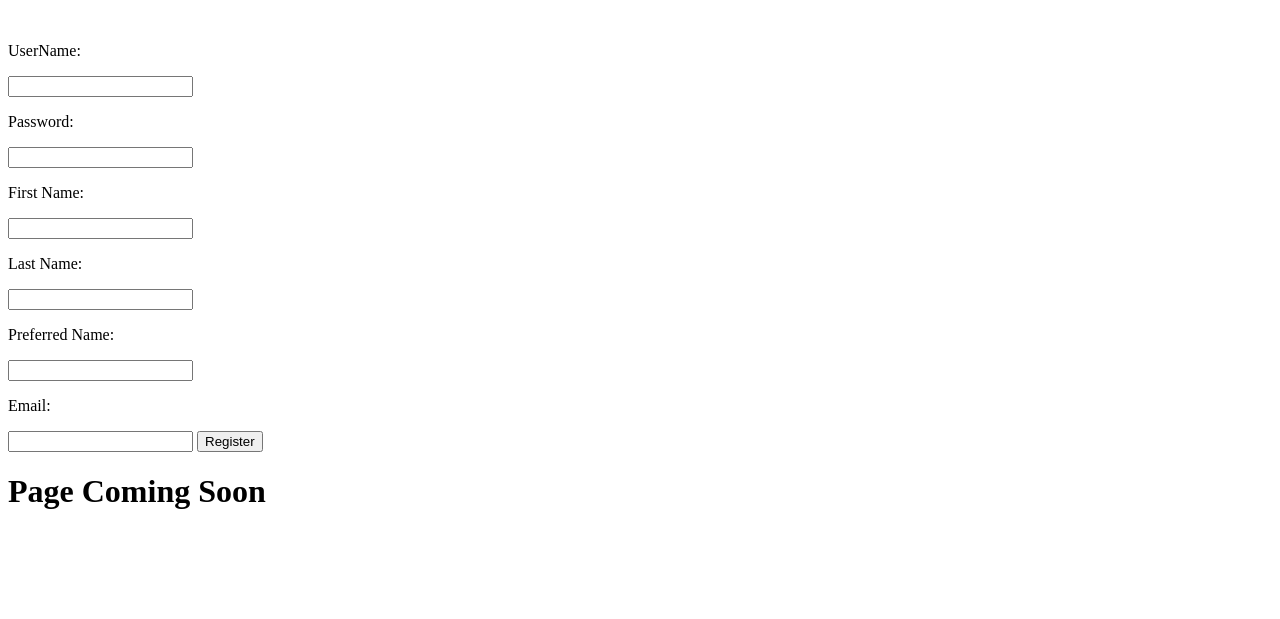
Repository: Hamzamshoaib/us2
Page: http://localhost/te_assignment_2/register.jsp
The author's editor kept a copy of each file at every save. The page is drawn from the files as they stood at one save, then again after the next save.
The browser window is 1280 px wide. The pictures show the whole page.
The page is served by Tomcat 9. Other server files are loaded and not shown. Queries for data that is not in the repository find no rows.

Above is the page before, as saved 2015-05-09 12:17:16.

### te_assignment_2/WebContent/register.jsp
<%@ page language="java" contentType="text/html; charset=US-ASCII"
    pageEncoding="US-ASCII"%>
<!DOCTYPE html PUBLIC "-//W3C//DTD HTML 4.01 Transitional//EN" "http://www.w3.org/TR/html4/loose.dtd">
<html>
<head>
<meta http-equiv="Content-Type" content="text/html; charset=US-ASCII">
<title>Insert title here</title>
</head>
<body>
<FORM NAME="registrationform" ACTION="register" METHOD="POST">
<br>
<p>UserName: </p>
<INPUT type="text" name="username">
<br>
<p>Password: </p>
<INPUT type="password" name="password">
<br>
<p>First Name: </p>
<INPUT type="text" name="firstname">
<br>
<p>Last Name: </p>
<INPUT type="text" name="lastname">
<br>
<p>Preferred Name: </p>
<INPUT type="text" name="nickname">
<br>
<p>Email: </p>
<INPUT type="text" name="email">
<INPUT TYPE="submit" name="action" value="Register">

</FORM>
<h1>Page Coming Soon</h1>
</body>
</html>

### te_assignment_2/src/edu/unsw/comp9321/Email.java
package edu.unsw.comp9321;


import java.util.Properties;
import javax.mail.Message;
import javax.mail.MessagingException;
import javax.mail.PasswordAuthentication;
import javax.mail.Session;
import javax.mail.Transport;
import javax.mail.internet.InternetAddress;
import javax.mail.internet.MimeMessage;


public class Email {

	String from;
    final String username = "dailyauctiondeals";
    final String password = "moshe123";
    String host;
    Properties props;
    Session session;

	public Email(){
		from = "dailyauctiondeals@gmail.com";
		host = "smtp.gmail.com";

		props = new Properties();
		props.put("mail.smtp.auth", "true");
		props.put("mail.smtp.starttls.enable", "true");
		props.put("mail.smtp.host", host);
		props.put("mail.smtp.port", "587");

		session = Session.getInstance(props,
	      new javax.mail.Authenticator() {
	         protected PasswordAuthentication getPasswordAuthentication() {
	            return new PasswordAuthentication(username, password);
	         }
		});
	}

	public Boolean sendVerifyEmail(String to, String IDToken){

	      try {
	         // Create a default MimeMessage object.
	         Message message = new MimeMessage(session);

	         // Set From: header field of the header.
	         message.setFrom(new InternetAddress(from));

	         // Set To: header field of the header.
	         message.setRecipients(Message.RecipientType.TO,
	         InternetAddress.parse(to));
	         // Set Subject: header field
	         message.setSubject("Welcome to Daily Auction Deals! Please verify your email.");
	         // Now set the actual message
	         message.setText("Hi!\n\n"
	         		+ "Welcome to Daily Auction Deals! To use your account, please verify your email by clicking this link "
	         		+ "\n\n\thttp://localhost:8080/te_assignment_2/verification?verification_token=" + IDToken
	         		+ "\n\n"
	         		+ "Daily Auction Deals Team :)");

	         // Send message
	         Transport.send(message);

	         System.out.println("Sent message successfully...");

	      } catch (MessagingException e) {
	    	  return false;
	      }

		return true;
	}

	public Boolean newHighBid(int Item_ID){
		UserController uc = new UserController();
		BiddingController bc = new BiddingController();
		String user = bc.winningBidder(Item_ID);
		int highestBid = bc.currentWinningBid(Item_ID);
		String to = uc.getEmail(user);
		String itemName = uc.getItemName(Item_ID);
	      try {
		         // Create a default MimeMessage object.
		         Message message = new MimeMessage(session);

		         // Set From: header field of the header.
		         message.setFrom(new InternetAddress(from));

		         // Set To: header field of the header.
		         message.setRecipients(Message.RecipientType.TO,
		         InternetAddress.parse(to));
		         // Set Subject: header field
		         message.setSubject("Congratulations " + user + "! You have the highest bid at the moment!");
		         // Now set the actual message
		         message.setText("Hi!\n\n"
		         		+ "You have the highest bid for " + itemName + " at $" + highestBid + "."
		         		+ "\n\n"
		         		+ "Daily Auction Deals Team :)");

		         // Send message
		         Transport.send(message);

		         System.out.println("Sent New High Bid Mail successfully...");

	      } catch (MessagingException e) {
	    	  return false;
	      }
	      return true;
	}

	public Boolean sendLostBidEmail(int Item_ID){
		UserController uc = new UserController();
		BiddingController bc = new BiddingController();

		String user = bc.secondHighestBidder(Item_ID);
		if (user == null){
			System.out.println("He was the only bidder");
			return false;
		}

		int highestBid = bc.currentWinningBid(Item_ID);
		String to = uc.getEmail(user);
		String itemName = uc.getItemName(Item_ID);
	      try {
		         // Create a default MimeMessage object.
		         Message message = new MimeMessage(session);

		         // Set From: header field of the header.
		         message.setFrom(new InternetAddress(from));

		         // Set To: header field of the header.
		         message.setRecipients(Message.RecipientType.TO,
		         InternetAddress.parse(to));
		         // Set Subject: header field
		         message.setSubject("Oh no, " + user + "! You've been outbid!");
		         // Now set the actual message
		         message.setText("Hi!\n\n"
		         		+ "Unfortunately you have been outbid for your " + itemName + ".\n\n"
		         		+ "The new highest bid is: $" + highestBid + "."
		         		+ "\n\n"
		         		+ "Daily Auction Deals Team :)");

		         // Send message
			         Transport.send(message);

			         System.out.println("Sent Lost Bid Mail successfully...");

	      } catch (MessagingException e) {
	    	  return false;
	      }
	      return true;
	}

	public Boolean emailWinner(int Item_ID){
		UserController uc = new UserController();
		BiddingController bc = new BiddingController();
		String user = bc.winningBidder(Item_ID);
		int highestBid = bc.currentWinningBid(Item_ID);
		String to = uc.getEmail(user);
		String itemName = uc.getItemName(Item_ID);
	      try {
		         // Create a default MimeMessage object.
		         Message message = new MimeMessage(session);

		         // Set From: header field of the header.
		         message.setFrom(new InternetAddress(from));

		         // Set To: header field of the header.
		         message.setRecipients(Message.RecipientType.TO,
		         InternetAddress.parse(to));
		         // Set Subject: header field
		         message.setSubject("Congratulations " + user + "! You have won an item!");
		         // Now set the actual message
		         message.setText("Hi!\n\n"
		         		+ "You have won a brand new " + itemName + " for $" + highestBid + "! :)"
		         		+ "\n\n"
		         		+ "Daily Auction Deals Team :)");

		         // Send message
		         Transport.send(message);

		         System.out.println("Sent winner email successfully...");

	      } catch (MessagingException e) {
	    	  return false;
	      }
	      return true;
	}

	public Boolean emailOwner(int Item_ID){
		UserController uc = new UserController();
		BiddingController bc = new BiddingController();
		String user = uc.getItemOwner(Item_ID);
		int highestBid = bc.currentWinningBid(Item_ID);
		String to = uc.getEmail(user);
		String itemName = uc.getItemName(Item_ID);
	      try {
		         // Create a default MimeMessage object.
		         Message message = new MimeMessage(session);

		         // Set From: header field of the header.
		         message.setFrom(new InternetAddress(from));

		         // Set To: header field of the header.
		         message.setRecipients(Message.RecipientType.TO,
		         InternetAddress.parse(to));
		         // Set Subject: header field
		         message.setSubject("Congratulations " + user + "! Your item has been sold!");
		         // Now set the actual message
		         message.setText("Hi!\n\n"
		         		+ "You have sold your item " + itemName + " for $" + highestBid + "! :)"
		         		+ "\n\n"
		         		+ "Daily Auction Deals Team :)");

		         // Send message
		         Transport.send(message);

		         System.out.println("Sent owner email successfully...");

	      } catch (MessagingException e) {
	    	  return false;
	      }
	      return true;
	}

	public Boolean lessThanReserved(int Item_ID){
		UserController uc = new UserController();
		BiddingController bc = new BiddingController();
		String user = uc.getItemOwner(Item_ID);
		int highestBid = bc.currentWinningBid(Item_ID);
		String to = uc.getEmail(user);
		String itemName = uc.getItemName(Item_ID);
	      try {
		         // Create a default MimeMessage object.
		         Message message = new MimeMessage(session);

		         // Set From: header field of the header.
		         message.setFrom(new InternetAddress(from));

		         // Set To: header field of the header.
		         message.setRecipients(Message.RecipientType.TO,
		         InternetAddress.parse(to));
		         // Set Subject: header field
		         message.setSubject(user + ", your item has not reached its reserve price");
		         // Now set the actual message
		         message.setText("Hi!\n\n"
		         		+ "Your item, " + itemName + " has an offer of $" + highestBid
		         		+ " which is below your reserve price of $" + bc.getReservePrice(Item_ID) + ".\n\n"
		         		+ "Log into your account to accept or reject this offer."
		         		+ "\n\n"
		         		+ "Daily Auction Deals Team :)");

		         // Send message
		         Transport.send(message);

		         System.out.println("Sent reserved price notification email successfully...");

	      } catch (MessagingException e) {
	    	  return false;
	      }
	      return true;
	}

	public Boolean itemNotSold(int Item_ID){
		UserController uc = new UserController();
		String user = uc.getItemOwner(Item_ID);
		String to = uc.getEmail(user);
		String itemName = uc.getItemName(Item_ID);
	      try {
		         // Create a default MimeMessage object.
		         Message message = new MimeMessage(session);

		         // Set From: header field of the header.
		         message.setFrom(new InternetAddress(from));

		         // Set To: header field of the header.
		         message.setRecipients(Message.RecipientType.TO,
		         InternetAddress.parse(to));
		         // Set Subject: header field
		         message.setSubject(user + ", your item wasn't sold :(");
		         // Now set the actual message
		         message.setText("Hi!\n\n"
		         		+ "Your item, " + itemName + ", has not had any bids and was not sold. :( \n\n"
		         		+ "Log into your account and re-add if you want."
		         		+ "\n\n"
		         		+ "Daily Auction Deals Team :)");

		         // Send message
		         Transport.send(message);

		         System.out.println("Sent item not sold notification email successfully...");

	      } catch (MessagingException e) {
	    	  return false;
	      }
	      return true;
	}

	public void newBidEmails(int Item_ID){
		newHighBid(Item_ID);
		sendLostBidEmail(Item_ID);
	}

	public void endAuctionEmails(int Item_ID){
		emailWinner(Item_ID);
		emailOwner(Item_ID);
	}
}

After the next save:
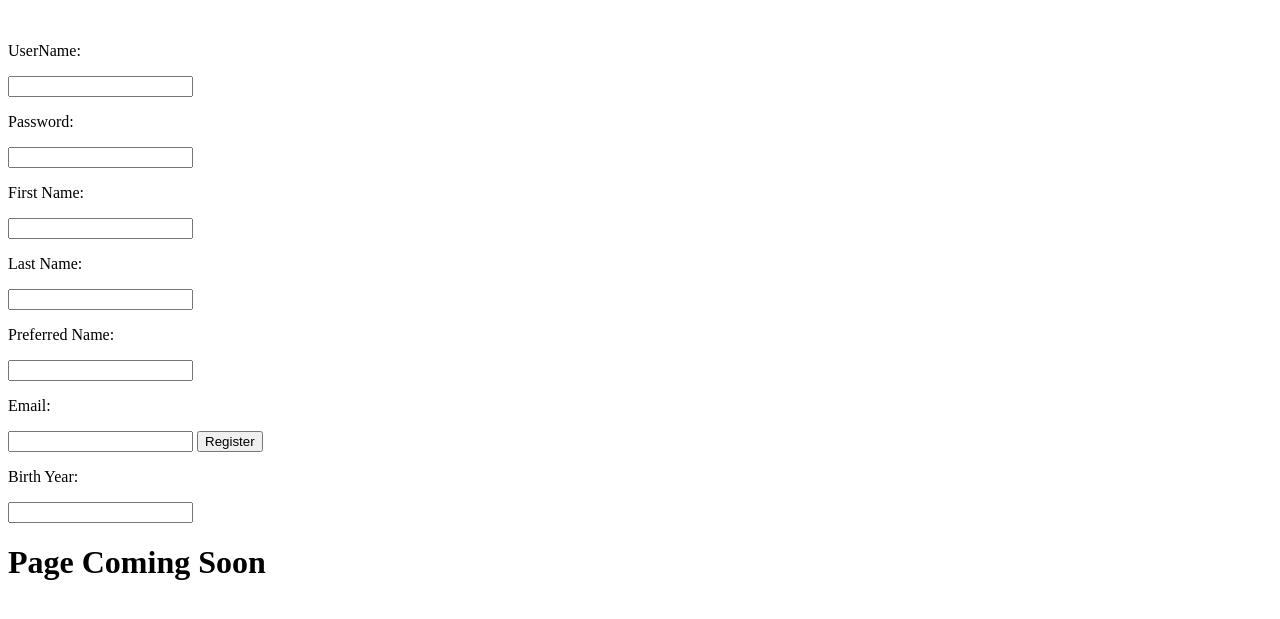
Saved 25 s later.
--- a/te_assignment_2/WebContent/register.jsp
+++ b/te_assignment_2/WebContent/register.jsp
@@ -27,7 +27,9 @@
 <p>Email: </p>
 <INPUT type="text" name="email">
 <INPUT TYPE="submit" name="action" value="Register">
-
+<br>
+<p>Birth Year: </p>
+<INPUT type="text" name="birthyear">
 </FORM>
 <h1>Page Coming Soon</h1>
 </body>
